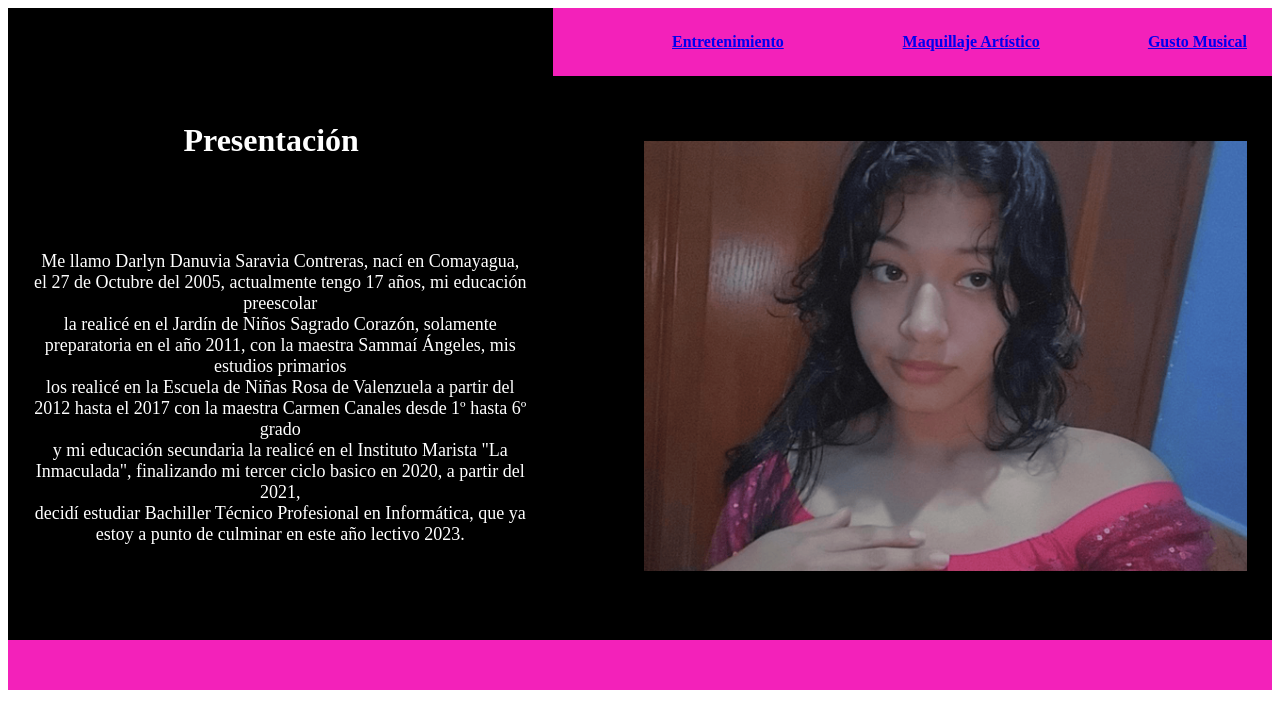
Repository: darlyn-saravia27/portafolio-darlynsaravia
Page: archivoshtml/index.html
An editor plug-in stored every save of this project. The page is shown before and after the next save, followed by the edit.
The browser window is 1280 px wide. The pictures show the whole page.

Above is the page before, as saved 2023-03-05 03:39:45.

### archivoshtml/index.html
<!DOCTYPE html>
<html lang="en">
<head>
    <meta charset="UTF-8">
    <meta http-equiv="X-UA-Compatible" content="IE=edge">
    <meta name="viewport" content="width=device-width, initial-scale=1.0">
    <title>Mi Portafolio Web</title>
</head>
<body>
    <table align="center" cellspacing="0" cellpadding="25%" width="100%">
    <tr align="center" bgcolor="black">
        <td>-----------------------------------------------------------------------------------</td>
        <td align="right" bgcolor="F321BA"><font color="white"><strong><a href="entretenimiento.html">
            Entretenimiento</a></strong></font></td>
        <td align="right" bgcolor="F321BA"><font color="white"><strong><a href="maquillaje.html">
            Maquillaje Artístico</a></strong></font></td>
        <td align="right" bgcolor="F321BA"><font color="white"><strong><a href="gustomusical.html">
            Gusto Musical</a></strong></font></td>
    </tr>
    <tr bgcolor="#000000">
        <td align="center">
            <h1><font color="white">Presentación</font>></h1>
            <br>
            <br>
            <br>
            <p><font color="white" size="4"> Me llamo Darlyn Danuvia Saravia Contreras, nací en Comayagua,
                el 27 de Octubre del 2005, actualmente tengo 17 años, mi educación preescolar <br>la realicé
                en el Jardín de Niños Sagrado Corazón, solamente preparatoria en el año 2011,
                con la maestra Sammaí Ángeles, mis estudios primarios <br>los realicé en la
                Escuela de Niñas Rosa de Valenzuela a partir del 2012 hasta el 2017 con
                la maestra Carmen Canales desde 1º hasta 6º grado <br>y mi educación secundaria la
                realicé en el Instituto Marista "La Inmaculada", finalizando
                mi tercer ciclo basico en 2020, a partir del 2021, <br>decidí estudiar Bachiller
                Técnico Profesional en Informática, que ya estoy a punto de culminar en este año lectivo 2023.</font>
            </p>
            <br>
            <br>
            <br>
        </td>
        <td align="right" colspan="3">
            <img src="foto.png" alt="Darlyn Saravia" width="90%" height="90%">
        </td>
    </tr>
    <tr bgcolor="F321BA" border color="F321BA">
        <td rowspan="2"></td>
        <td rowspan="2"></td>
        <td rowspan="2"></td>
        <td rowspan="2"></td>
    </tr>
</body>
</html>

After the next save:
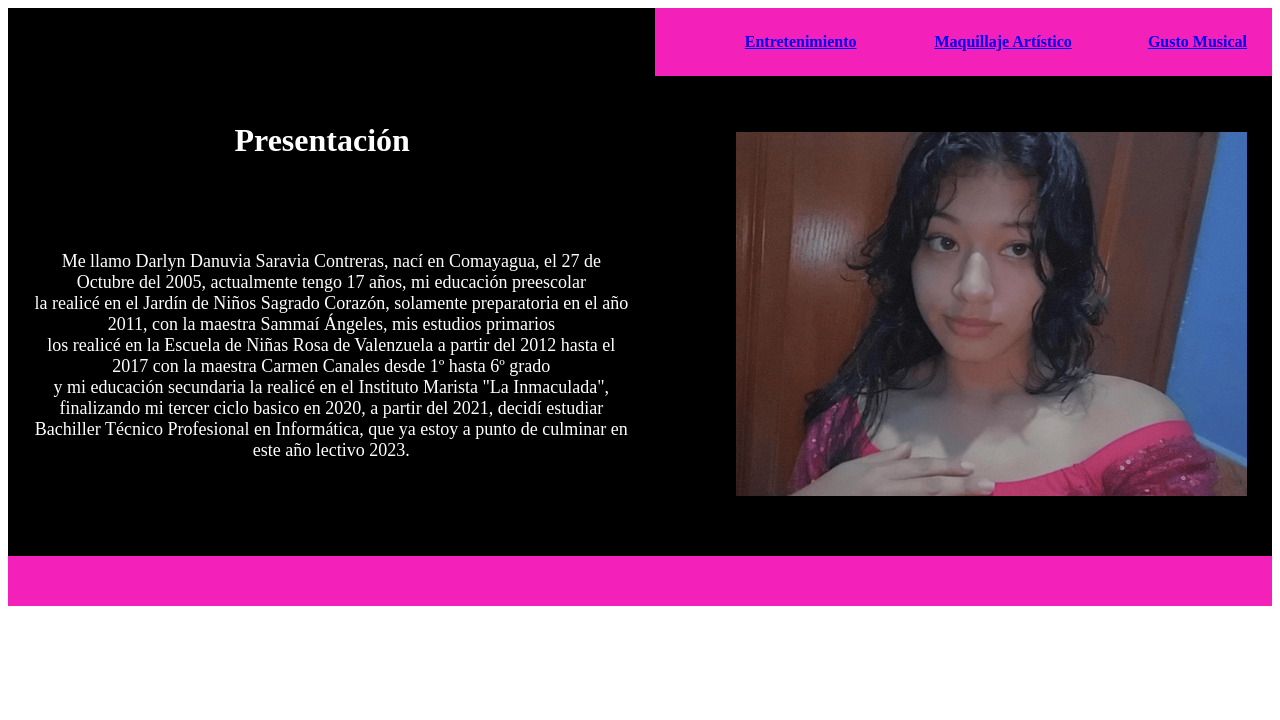
Saved 18 s later.
--- a/archivoshtml/index.html
+++ b/archivoshtml/index.html
@@ -30,7 +30,7 @@
                 Escuela de Niñas Rosa de Valenzuela a partir del 2012 hasta el 2017 con
                 la maestra Carmen Canales desde 1º hasta 6º grado <br>y mi educación secundaria la
                 realicé en el Instituto Marista "La Inmaculada", finalizando
-                mi tercer ciclo basico en 2020, a partir del 2021, <br>decidí estudiar Bachiller
+                mi tercer ciclo basico en 2020, a partir del 2021, decidí estudiar Bachiller
                 Técnico Profesional en Informática, que ya estoy a punto de culminar en este año lectivo 2023.</font>
             </p>
             <br>

After the save that followed:
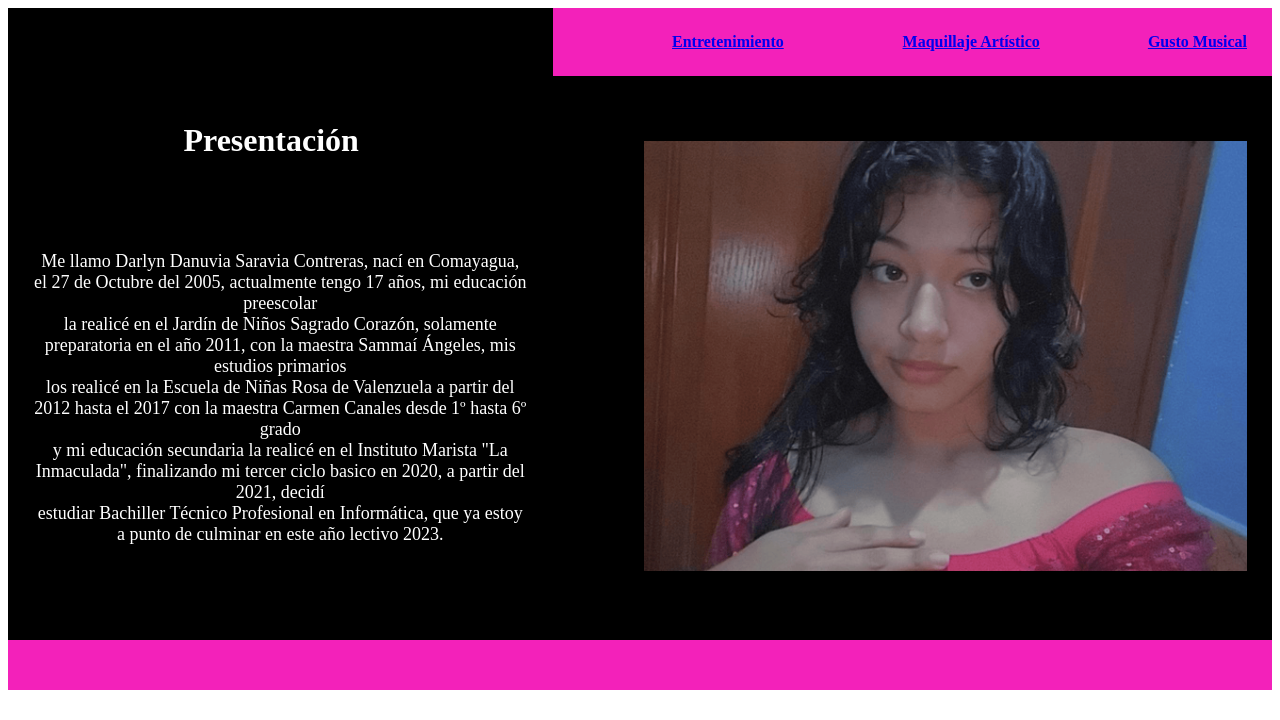
Saved 17 s later.
--- a/archivoshtml/index.html
+++ b/archivoshtml/index.html
@@ -30,7 +30,7 @@
                 Escuela de Niñas Rosa de Valenzuela a partir del 2012 hasta el 2017 con
                 la maestra Carmen Canales desde 1º hasta 6º grado <br>y mi educación secundaria la
                 realicé en el Instituto Marista "La Inmaculada", finalizando
-                mi tercer ciclo basico en 2020, a partir del 2021, decidí estudiar Bachiller
+                mi tercer ciclo basico en 2020, a partir del 2021, decidí <br>estudiar Bachiller
                 Técnico Profesional en Informática, que ya estoy a punto de culminar en este año lectivo 2023.</font>
             </p>
             <br>
